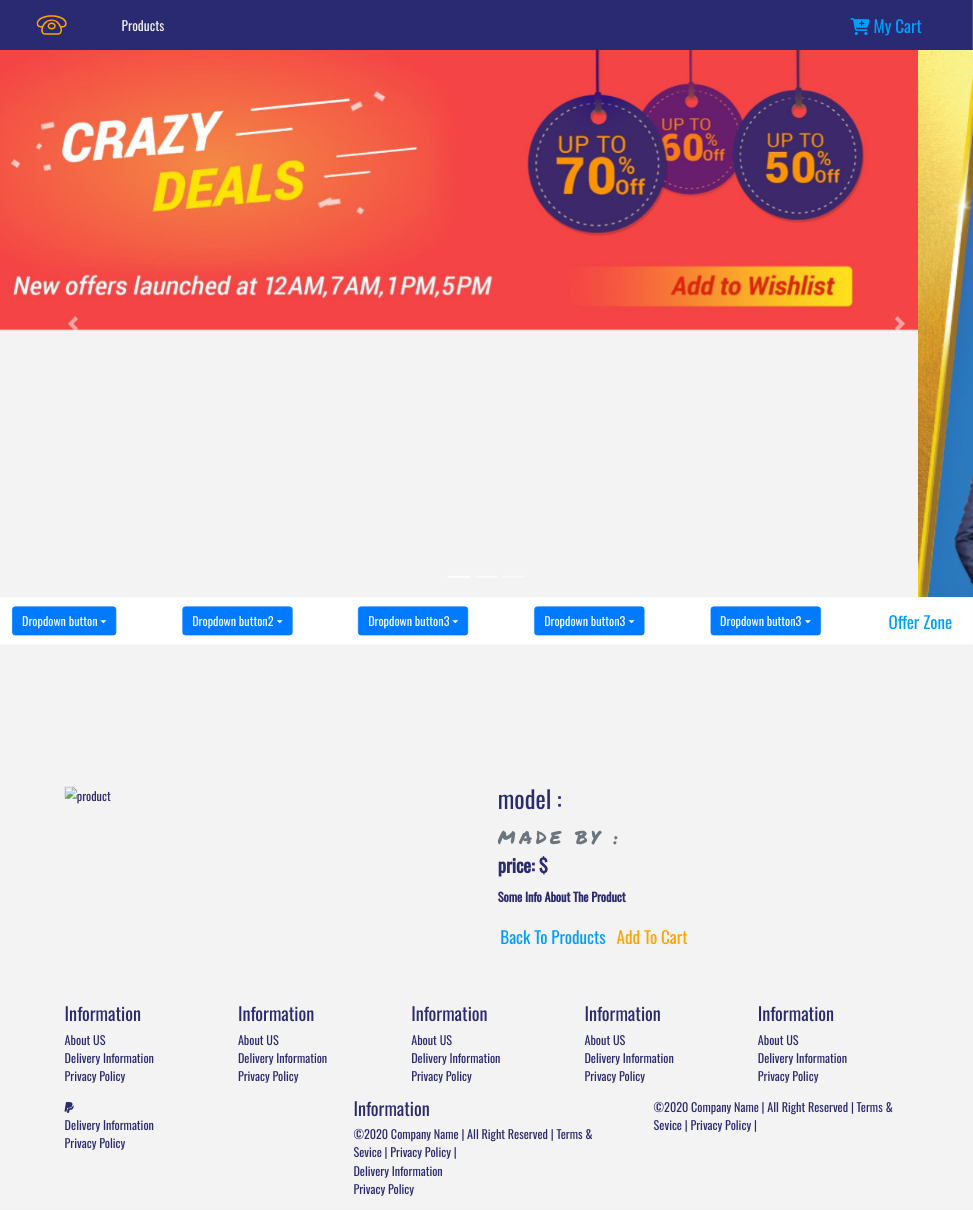
Repository: aditya1068/Online-Store
Page: /details
An editor plug-in stored every save of this project. The page is shown before and after the next save, followed by the edit.
The browser window is 1280 px wide. The pictures show the whole page, at 76% of full size.
Some web libraries are served in a nearby version. The project was rebuilt for these pictures with package versions that can differ from the ones it lists, and the page was loaded fresh each time. Also part of the build but not shown: src/components/Products.js, src/components/Title.js, src/components/ProductsList.js, src/components/Cart.js, src/components/Default.js.

Above is the page before, as saved 2020-04-03 02:03:40.

After the next save:
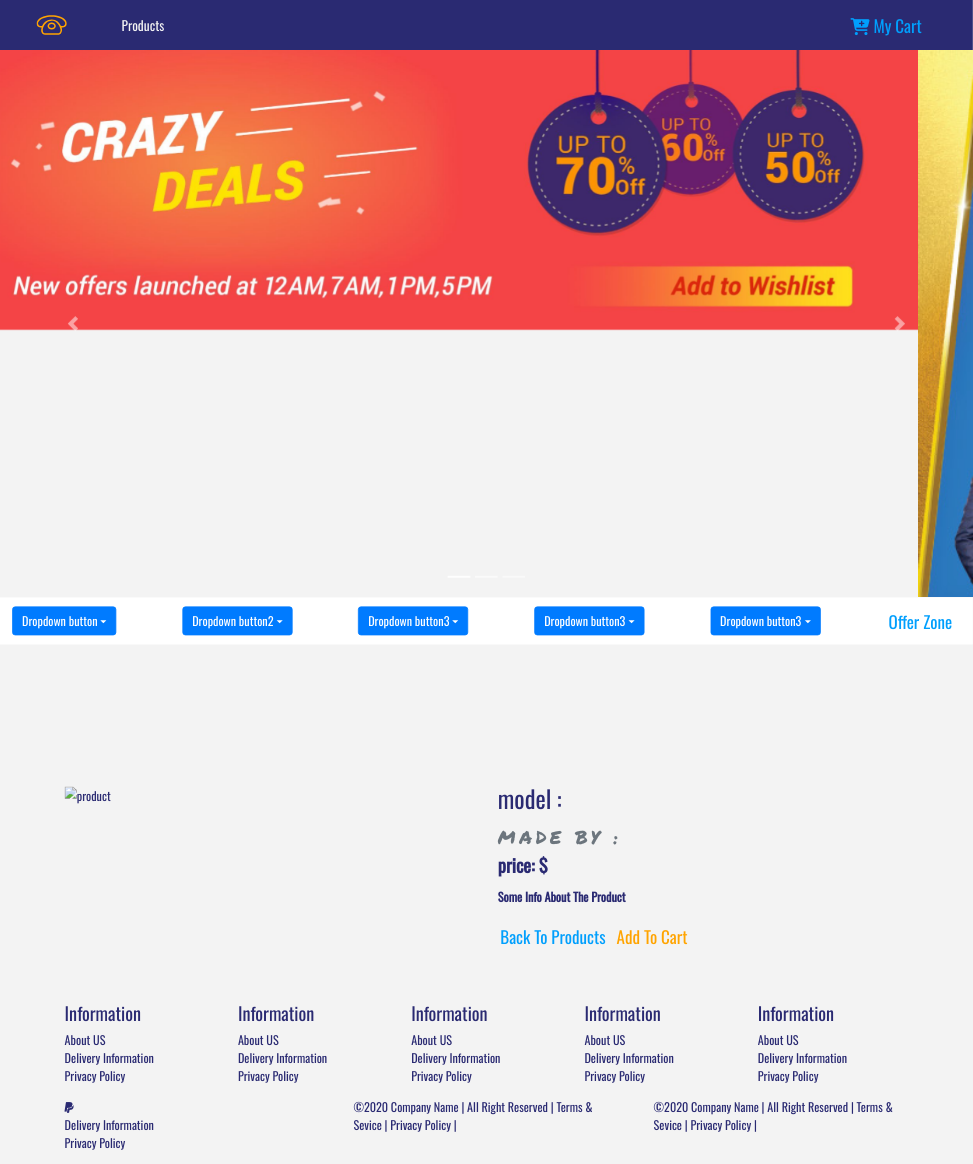
Saved 55 s later.
--- a/src/components/Footer2.js
+++ b/src/components/Footer2.js
@@ -16,11 +16,10 @@ export default class Footer2 extends Component {
                   </div>
                           {/* column2 */}
                    <div className= "col">
-                      <h4>Information</h4>
+
                       <ul className="list-unstyled">
                           <li> &copy;{(new Date().getFullYear())} Company Name | All Right Reserved | Terms & Sevice | Privacy Policy |</li>
-                          <li>Delivery Information</li>
-                          <li>Privacy Policy</li>
+
                       </ul>
                   </div>
 
